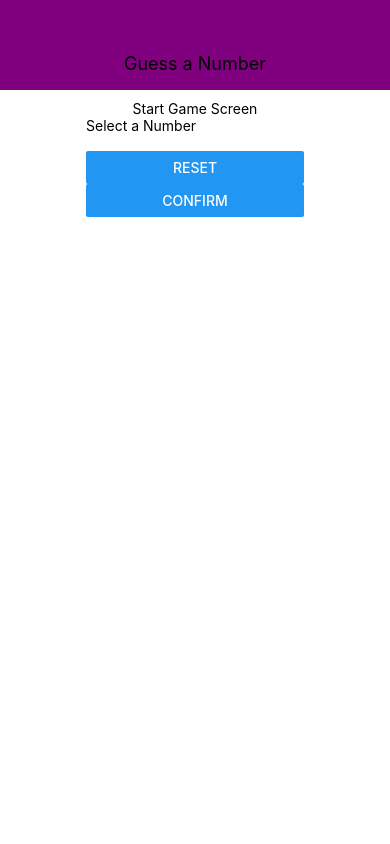
Repository: oguzhan18m/react-native-guess-number-game
Screen: /
The author's editor kept a copy of each file at every save. The screen is drawn from the files as they stood at one save, then again after the next save.
The app was drawn by React Native's web renderer in a window 390 px wide. The project was rebuilt for these pictures with package versions that can differ from the ones it lists, and the page was loaded fresh each time.

Above is the screen before, as saved 2021-03-03 21:57:01.

### App.js
import React from 'react';
import { StyleSheet, Text, View } from 'react-native';
import Header from './components/Header';
import StartGameScreen from './screens/StartGameScreen';

export default function App() {
  return (
    <View style={styles.screen}>
      <Header title='Guess a Number' />
      <StartGameScreen />
    </View>
  );
}

const styles = StyleSheet.create({
  screen:{
    flex:1,

  }
});

### components/Header.js
import React from 'react';
import { StyleSheet, Text, View } from 'react-native';

const Header = (props) => {
    return (
        <View style={styles.header}>
            <Text style={styles.headerTitle}>{props.title}</Text>

        </View>
    )
}

const styles = StyleSheet.create({
    header:{
        width:'100%',
        height:90,
        paddingTop:36,
        backgroundColor:'purple',
        alignItems:'center',
        justifyContent:'center',
    },
    headerTitle:{
        color:'black',
        fontSize:18,
    }
});

export default Header;

### screens/StartGameScreen.js
import React from 'react';
import { Button, StyleSheet, Text, TextInput, View } from 'react-native';

const StartGameScreen = (props) => {
    return (
        <View style={styles.screen}>
            <Text>Start Game Screen</Text>
            <View>
                <Text>Select a Number</Text>
                <TextInput/>
                <View>
                    <Button title='Reset' onPress={()=>{}} />
                    <Button title='Confirm' onPress={()=>{}} />
                </View>
            </View>
        </View>
    )
}

const styles = StyleSheet.create({
    screen : {
        flex:1,
        padding:10,
        alignItems:'center',

    }
});

export default StartGameScreen;

After the next save:
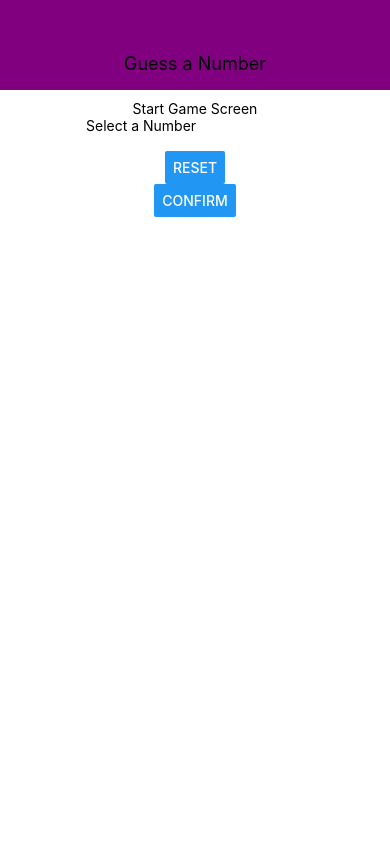
Saved 40 s later.
--- a/screens/StartGameScreen.js
+++ b/screens/StartGameScreen.js
@@ -8,7 +8,7 @@ const StartGameScreen = (props) => {
             <View>
                 <Text>Select a Number</Text>
                 <TextInput/>
-                <View>
+                <View style={styles.buttonContainer}>
                     <Button title='Reset' onPress={()=>{}} />
                     <Button title='Confirm' onPress={()=>{}} />
                 </View>
@@ -23,6 +23,10 @@ const styles = StyleSheet.create({
         padding:10,
         alignItems:'center',
 
+    },
+    buttonContainer:{
+        alignItems:'center',
+        justifyContent:'space-between',
     }
 });
 
